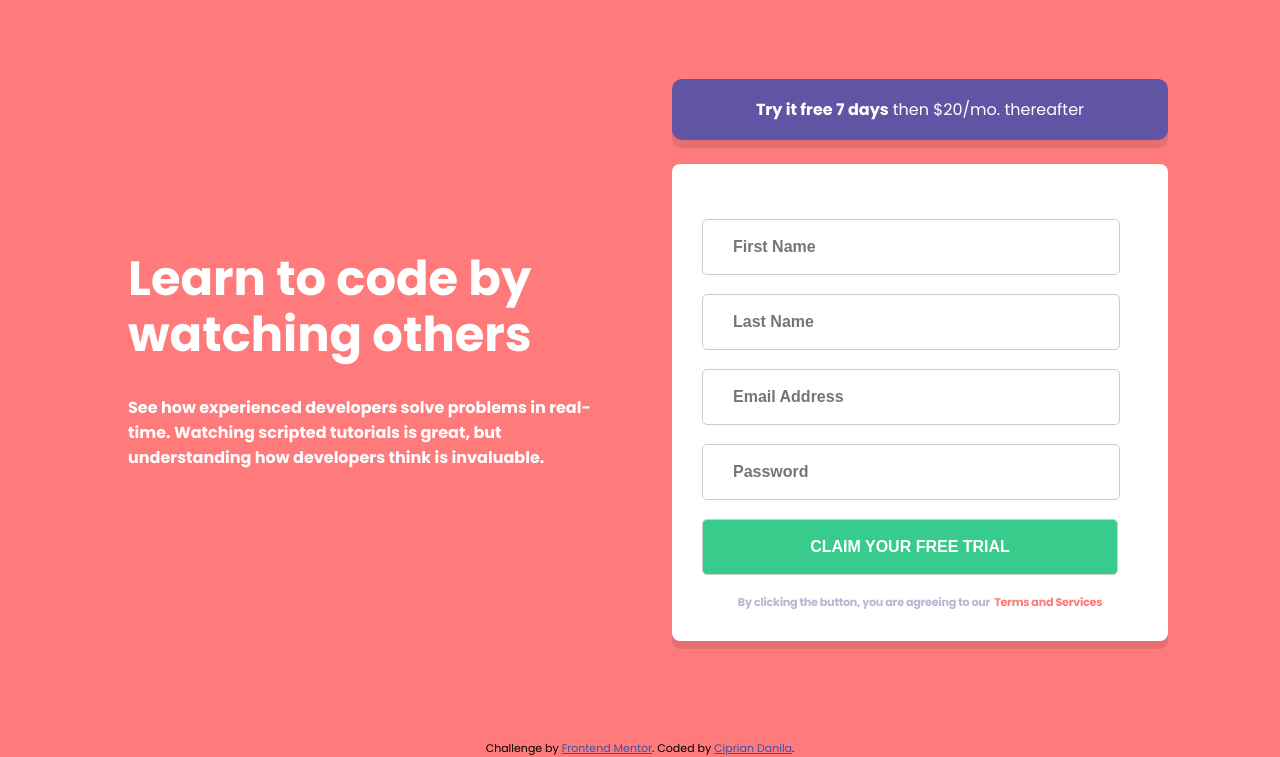
Repository: cipdanila/intro-component-with-sign-up-form
Page: index.html
The author's editor kept a copy of each file at every save. The page is drawn from the files as they stood at one save, then again after the next save.
The browser window is 1280 px wide. The pictures show the whole page.

Above is the page before, as saved 2024-02-14 16:41:19.

### index.html
<!DOCTYPE html>
<html lang="en">
    <head>
        <meta charset="UTF-8" />
        <meta name="viewport" content="width=device-width, initial-scale=1.0" />
        <!-- displays site properly based on user's device -->

        <link rel="icon" type="image/png" sizes="32x32" href="./images/favicon-32x32.png" />
        <link rel="stylesheet" href="styles.css" />
        <title>Frontend Mentor | Intro component with sign up form</title>
    </head>
    <body>
        <main>
            <div class="container">
                <section class="info">
                    <h1 class="learn">Learn to code by watching others</h1>
                    <p>
                        See how experienced developers solve problems in real-time. Watching scripted tutorials is great, but
                        understanding how developers think is invaluable.
                    </p>
                </section>
                <section class="container-form">
                    <h2 class="price"><span class="promo">Try it free 7 days</span> then $20/mo. thereafter</h2>
                    <div class="form">
                        <form action="">
                            <label for="fname"> </label><br />
                            <input type="text" name="fname" id="fname" class="input-field" placeholder="First Name" required />
                            <span class="error-message" id="fname-error">First Name cannot be empty</span>
                            <label for="lname"> </label><br />
                            <input type="text" name="lname" id="lname" placeholder="Last Name" required />
                            <span class="error-message" id="lname-error">Last Name cannot be empty</span>
                            <label for="email"> </label><br />
                            <input type="email" name="email" id="email" placeholder="Email Address" required />
                            <span class="error-message" id="email-error">Looks like this is not an email</span>
                            <span class="error-message" id="email-error2">Email Adress cannot be empty</span>
                            <label for="password"></label>
                            <input type="password" name="password" id="password" placeholder="Password" required />
                            <span class="error-message" id="password-error">Password cannot be empty</span>
                            <button type="submit" id="login-button">Claim your free trial</button>
                            <p>By clicking the button, you are agreeing to our <span class="terms">Terms and Services</span></p>
                        </form>
                    </div>
                </section>
            </div>
        </main>

        <footer>
            <div class="attribution">
                Challenge by
                <a
                    href="https://www.frontendmentor.io/challenges/intro-component-with-signup-form-5cf91bd49edda32581d28fd1/hub"
                    target="_blank"
                    rel="noopener noreferer"
                    >Frontend Mentor</a
                >. Coded by <a href="https://github.com/cipdanila" target="_blank" rel="noopener noreferer">Ciprian Danila</a>.
            </div>
        </footer>
    </body>
</html>

### styles.css
@import url("https://fonts.googleapis.com/css2?family=Poppins:wght@400;500;600;700&display=swap");

:root {
    /* Colors */
    /* Primary */
    --red: hsl(0, 100%, 74%);
    --green: hsl(154, 59%, 51%);
    /* Accent */
    --blue: hsl(248, 32%, 49%);
    /* Neutral */
    --dark-blue: hsl(249, 10%, 26%);
    --grayish-blue: hsl(246, 25%, 77%);
    --white: #fff;
    /* Other variables */
    --font-size-base: 1rem; /* 16px */
    --font-weight-base: 400;
}

*,
*::after,
*::before {
    margin: 0;
    padding: 0;
    box-sizing: border-box;
}

body,
html {
    font-family: "Poppins", sans-serif;
    font-size: var(--font-size-base);
    font-weight: var(--font-weight-base);
    background-color: var(--red);
}
main {
    display: flex;
    justify-content: center;
    align-items: center;
    height: 100vh;
    background-color: var(--red);
    background-image: url("./images/bg-intro-desktop.png") no-repeat;
    background-size: cover;
    background-position: center;
    width: 100%;
}

.container {
    display: flex;
    flex-direction: row;
    align-items: center;
    justify-content: center;
    padding: 5rem;
}

section {
    max-width: 100%;
    width: 50%;
    display: flex;
    flex-direction: column;
    align-items: center;
    justify-content: center;
    padding: 2rem;
}

.learn {
    font-size: 3rem;
    font-weight: 700;
    color: #fff;
    line-height: 3.5rem;
    padding: 1rem;
}

.info p {
    color: var(--white);
    padding: 1rem;
    font-weight: 700;
}

.form {
    background-color: #fff;
    padding: 1.875rem;
    border-radius: 0.5rem;
    box-shadow: rgba(0, 0, 0, 0.1) 0px 0.5rem;
    display: flex;
    flex-direction: column;
    align-items: center;
    justify-content: center;
}

.price {
    width: 100%;
    font-size: 1rem;
    font-weight: 400;
    box-shadow: rgba(0, 0, 0, 0.1) 0px 0.5rem;
    display: flex;
    align-items: center;
    justify-content: center;
    background-color: var(--blue);
    color: #fff;
    padding: 1.125rem;
    border-radius: 0.625rem;
    margin-bottom: 1.5rem;
}

.price span {
    font-weight: 700;
    margin-right: 0.25rem;
}

input[type="text"],
input[type="email"],
input[type="password"] {
    width: calc(100% - 1.125rem);
    padding: 1.125rem;
    margin-bottom: 1.200rem;
    border-radius: 5px;
    border: 1px solid #ccc;
    color: var(--dark-blue);
    font-size: 1rem;
    font-weight: 700;
    text-indent: 0.75rem;
}

input {
    border-style: none;
    outline: none;
}

input:focus {
    border: 1px solid var(--blue);
}

.input-field {
    border: 1px solid var(--dark-blue);
}

.input-field.input-error {
    border-color: var(--red);
}

.input-field.input-error::after {
    content: "";
    position: absolute;
    top: 50%;
    right: 10px;
    transform: translateY(-50%);
    width: 10px;
    height: 10px;
    background-image: url(./images/icon-error.svg);
    background-size: contain;
    background-color: var(--red);
    border-radius: 50%;
}

.error-message {
    display: none;
    color: var(--red);
    font-size: 12px;
    margin-top: 5px;
}

.error-message.show {
    display: block;
}

button {
    background-color: var(--green);
    color: #fff;
    cursor: pointer;
    width: calc(100% - 1.25rem);
    padding: 1.125rem;
    margin-bottom: 1.200rem;
    border-radius: 5px;
    border: 1px solid #ccc;
    font-size: 1rem;
    font-weight: 700;
    text-transform: uppercase;
}

button:hover {
    background-color: hsl(154, 59%, 68%);
    cursor: pointer;
}

form p {
    color: var(--grayish-blue);
    font-size: 0.7rem;
    font-weight: 700;
    letter-spacing: -0.016rem;
    display: flex;
    align-items: center;
    justify-content: center;
}

.terms {
    color: var(--red);
    padding-left: 4px;
    font-weight: 700;
}

footer {
    margin-top: 20px;
    text-align: center;
}

.attribution {
    font-size: 11px;
    text-align: center;
}

.attribution a {
    color: hsl(228, 45%, 44%);
}

After the next save:
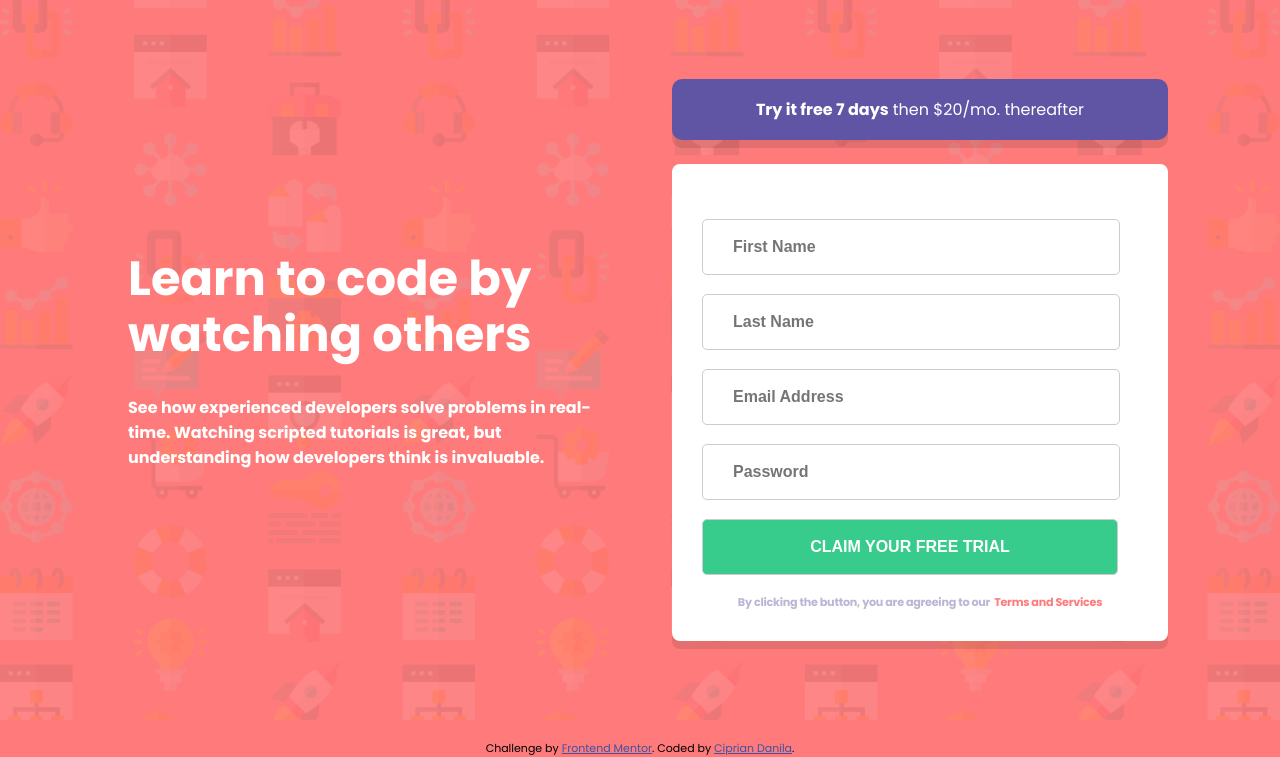
Saved 33 s later.
--- a/styles.css
+++ b/styles.css
@@ -37,7 +37,7 @@
     align-items: center;
     height: 100vh;
     background-color: var(--red);
-    background-image: url("./images/bg-intro-desktop.png") no-repeat;
+    background-image: url("./images/bg-intro-desktop.png");
     background-size: cover;
     background-position: center;
     width: 100%;
